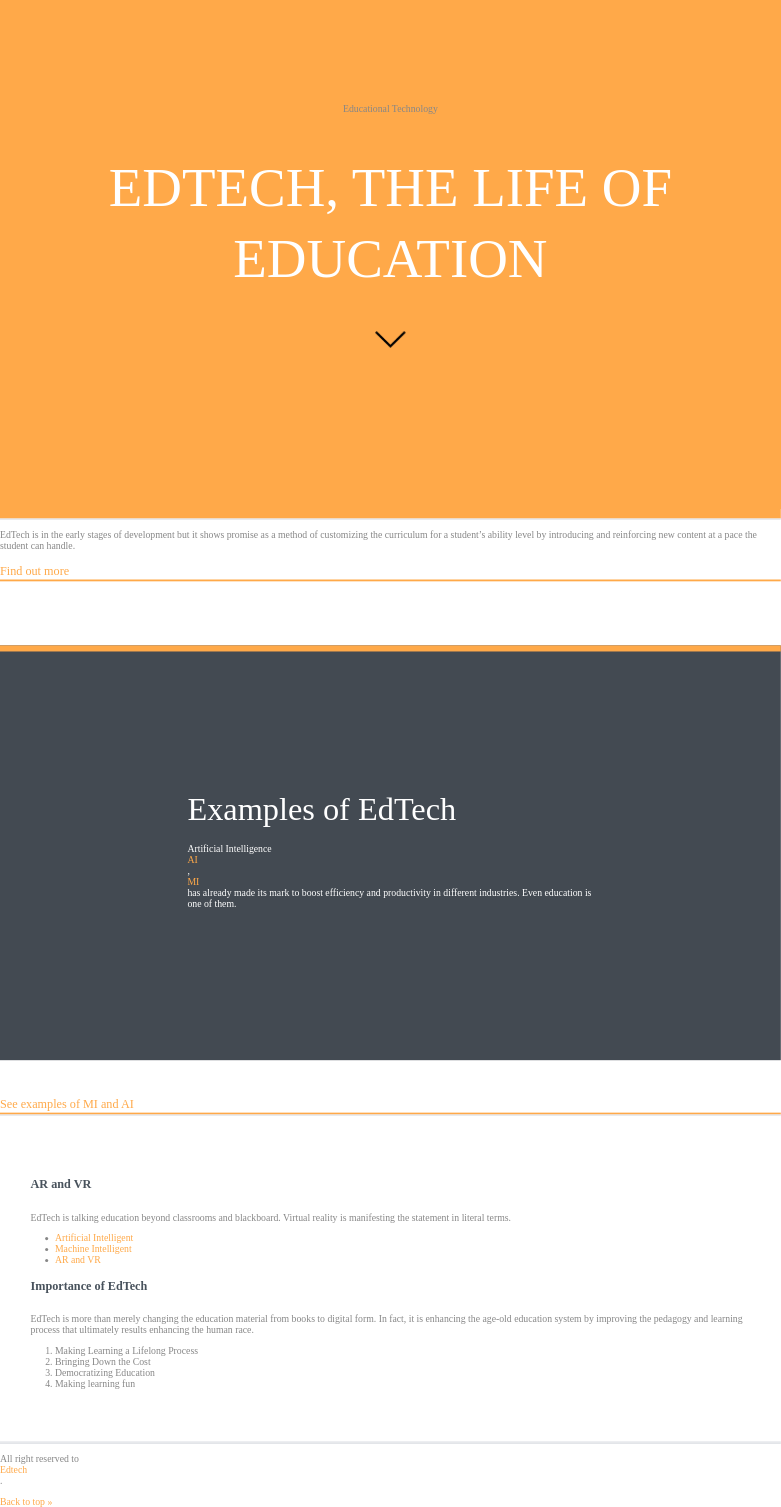
Repository: tunmishyi/edtech
Page: index.html
The author's editor kept a copy of each file at every save. The page is drawn from the files as they stood at one save, then again after the next save.
The browser window is 1280 px wide. The pictures show the whole page, at 61% of full size.

Above is the page before, as saved 2020-06-12 02:14:36.

After the next save:
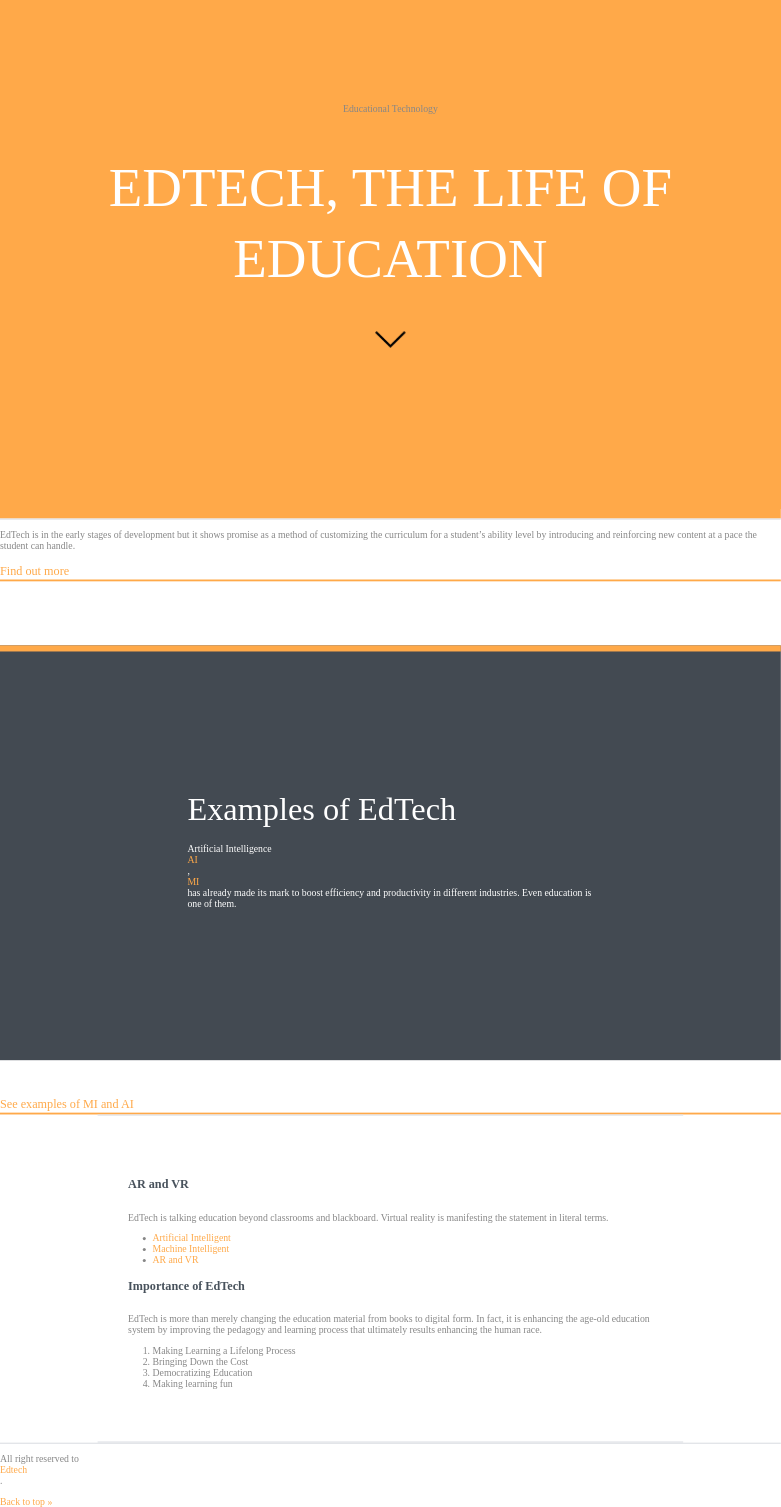
Saved 30 s later.
--- a/style.css
+++ b/style.css
@@ -111,8 +111,7 @@ h1 {
 
     .primary-content,
     .secondary-content {
-        width: 9 60px;
-        box-sizing: border-box;
+        width: 960px;
         padding-left: 50px;
         padding-right: 50px;
         margin: auto;
